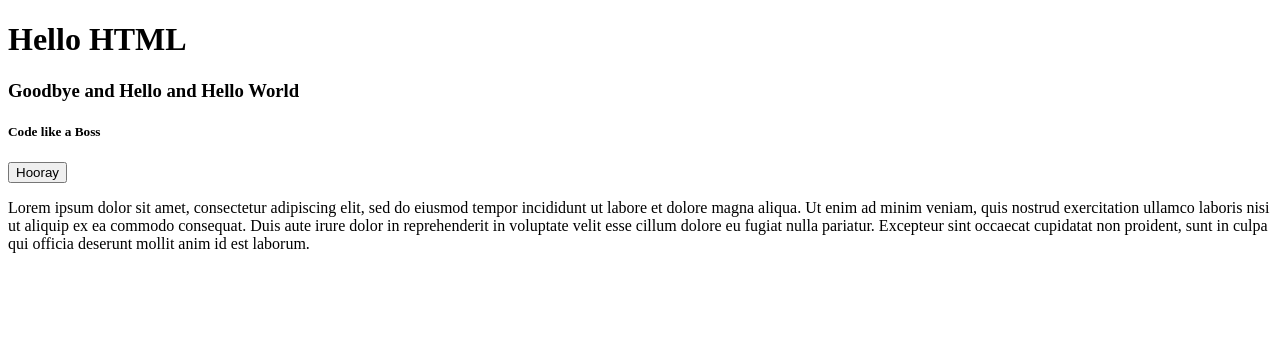
Repository: amilevich/1028PegaUSF
Page: workspace-sts-3.9.4.RELEASE/HelloHTML/src/main/webapp/index.html
An editor plug-in stored every save of this project. The page is shown before and after the next save, followed by the edit.
The browser window is 1280 px wide. The pictures show the whole page.

Above is the page before, as saved 2019-11-21 20:02:40.

After the next save:
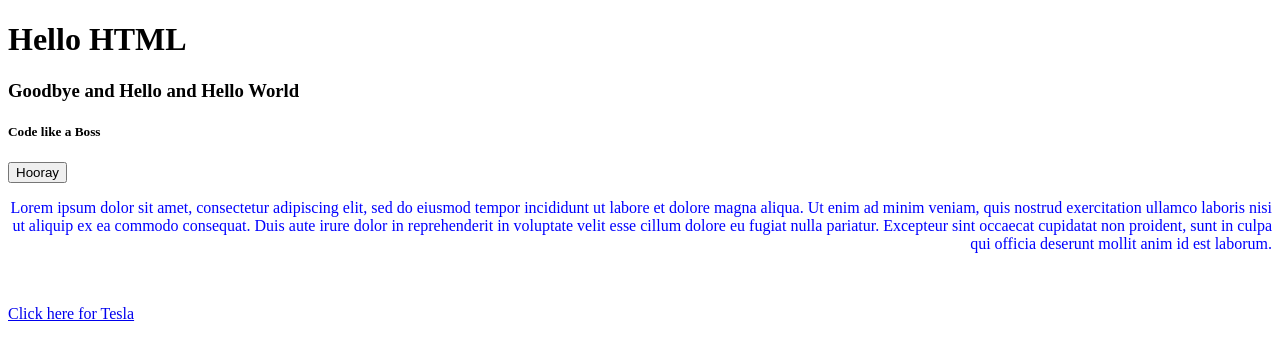
Saved 5 min 30 s later.
--- a/workspace-sts-3.9.4.RELEASE/HelloHTML/src/main/webapp/index.html
+++ b/workspace-sts-3.9.4.RELEASE/HelloHTML/src/main/webapp/index.html
@@ -14,12 +14,19 @@
 
 	<!-- This is a comment -->
 
-	<p>Lorem ipsum dolor sit amet, consectetur adipiscing elit, sed do
+	<p style= "color: blue; text-align: right" >Lorem ipsum dolor sit amet, consectetur adipiscing elit, sed do
 		eiusmod tempor incididunt ut labore et dolore magna aliqua. Ut enim ad
 		minim veniam, quis nostrud exercitation ullamco laboris nisi ut
 		aliquip ex ea commodo consequat. Duis aute irure dolor in
 		reprehenderit in voluptate velit esse cillum dolore eu fugiat nulla
 		pariatur. Excepteur sint occaecat cupidatat non proident, sunt in
 		culpa qui officia deserunt mollit anim id est laborum.</p>
+
+		<img src="">
+
+		<br/>
+		<br/>
+
+	<a href="tesla.com">Click here for Tesla</a>
 </body>
 </html>
